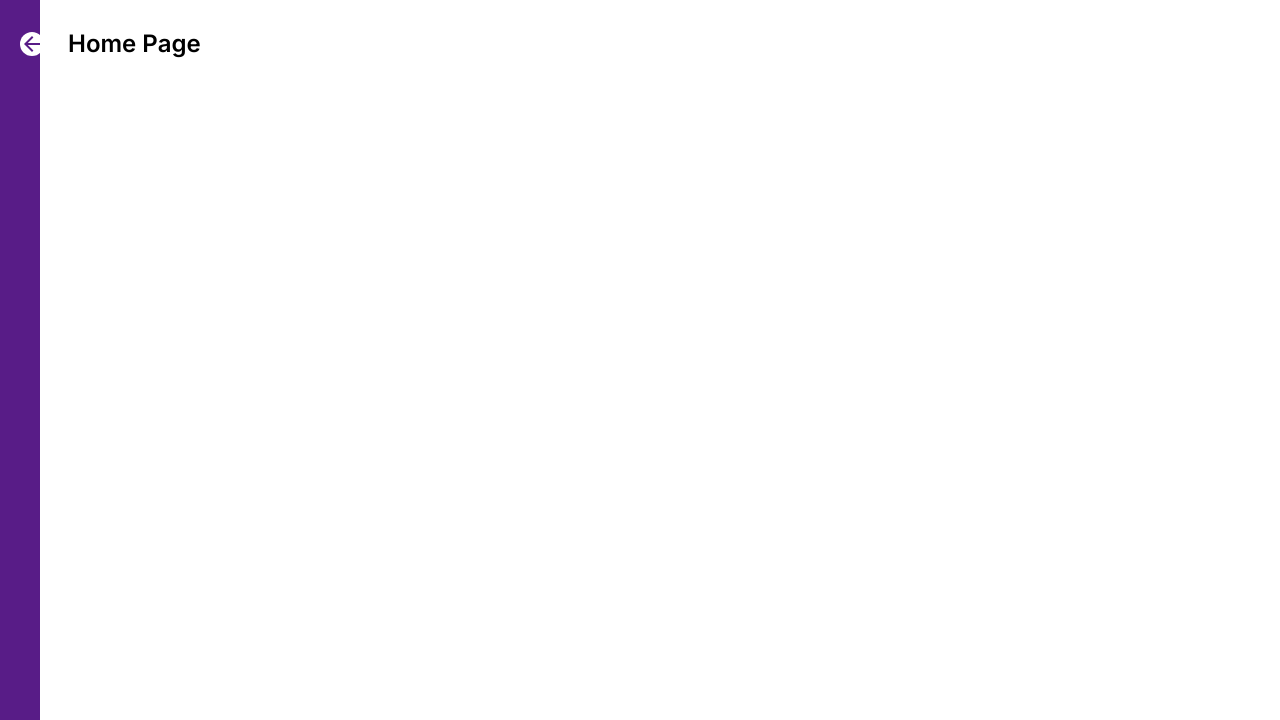
Repository: marcusdashe/anthophila
Page: /dashboard
These files come from the project's save history. The page is drawn as it stood at one moment and after the next save; the edit follows.
The browser window is 1280 px wide. The pictures show the whole page.
The project was rebuilt for these pictures with package versions that can differ from the ones it lists, and the page was loaded fresh each time. The framework's server and built-in components were replaced by stand-ins that run in the browser. Also part of the build but not shown: next.config.js.

Above is the page before, as saved 2023-04-05 14:24:22.

After the next save:
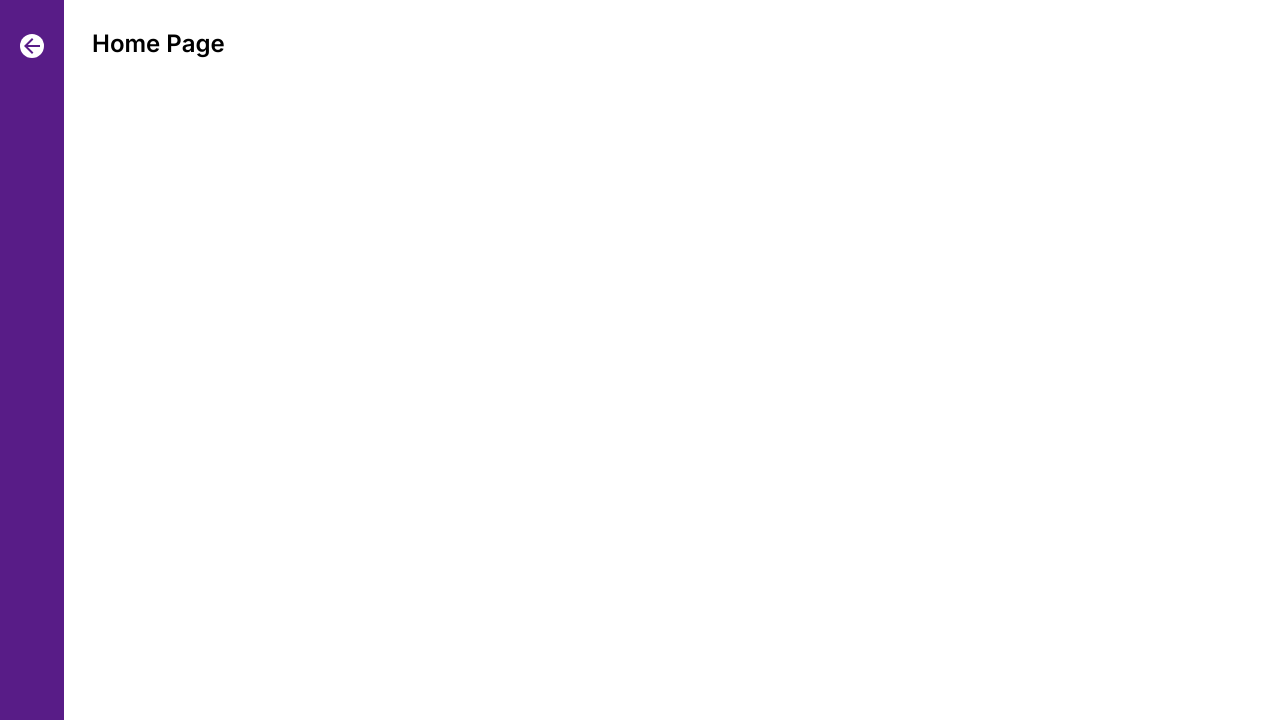
Saved 14 s later.
--- a/pages/dashboard.js
+++ b/pages/dashboard.js
@@ -5,7 +5,7 @@
   return (
     <div className="flex">
       <div className="bg-purple-900 h-screen p-5 pt-8 w-70">
-        <ArrowBackIcon className="bg-white text-purple-900 text-3xl rounded-full absolute" />
+        <ArrowBackIcon className="bg-white text-purple-900 text-3xl rounded-full absolute-right-3" />
       </div>
 
       <div className="p-7">

After the 4 saves that followed:
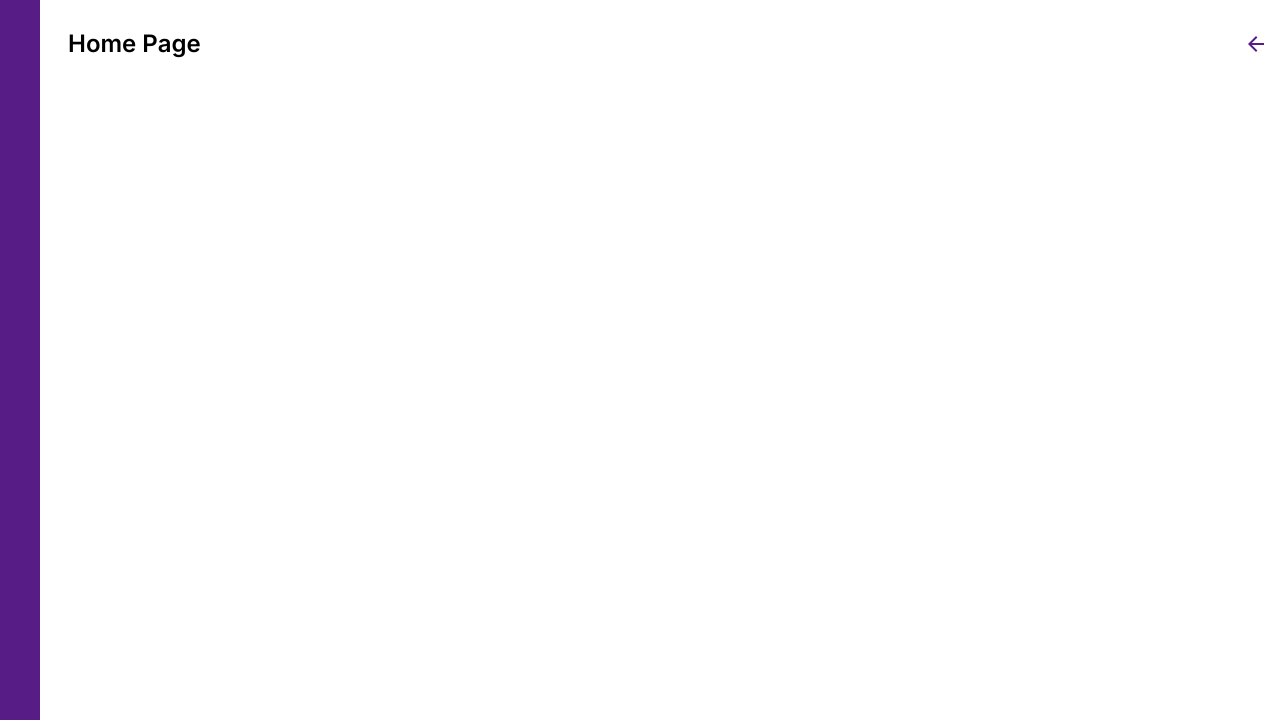
The 4 saves are shown as one change because 3 left the picture as it was.
The last was saved 116 s later.
--- a/pages/dashboard.js
+++ b/pages/dashboard.js
@@ -5,7 +5,7 @@
   return (
     <div className="flex">
       <div className="bg-purple-900 h-screen p-5 pt-8 w-70">
-        <ArrowBackIcon className="bg-white text-purple-900 text-3xl rounded-full absolute-right-3" />
+        <ArrowBackIcon className="bg-white text-purple-900 text-3xl rounded-full absolute right-3 top-100" />
       </div>
 
       <div className="p-7">
